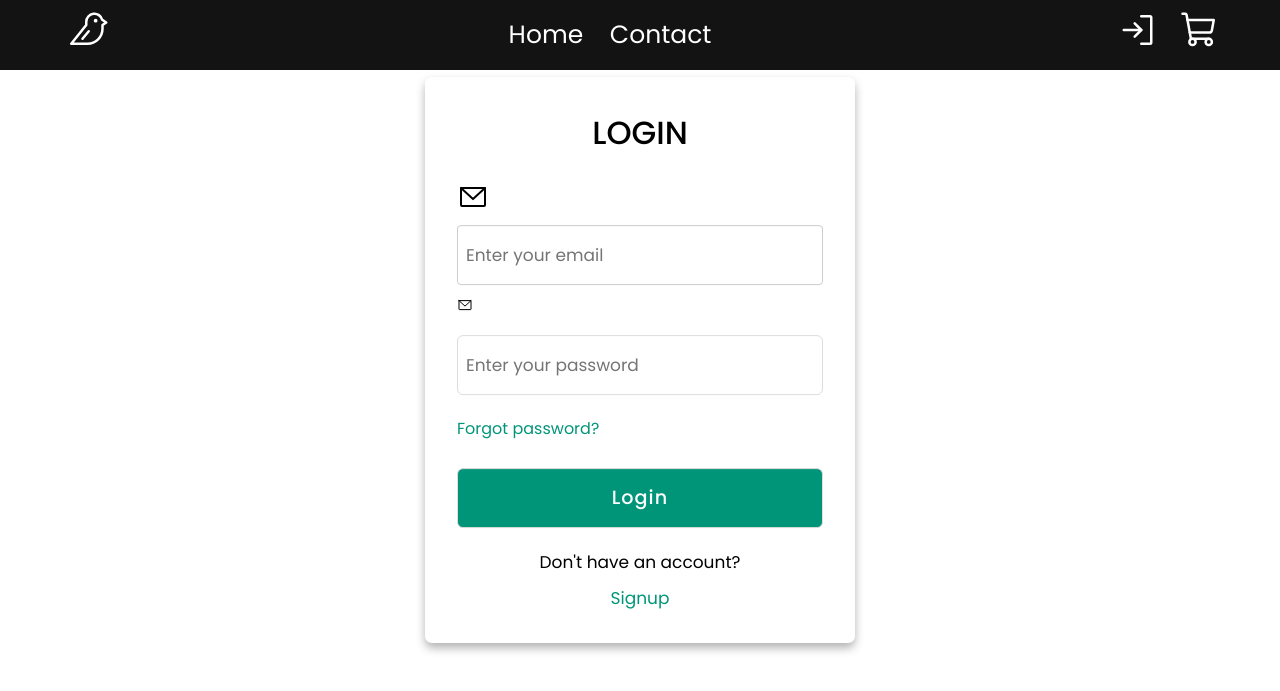
Repository: hoangdanh2/swp301
Page: /register
An editor plug-in stored every save of this project. The page is shown before and after a run of saves, followed by the edit.
The browser window is 1280 px wide. The pictures show the whole page.
The project was rebuilt for these pictures with package versions that can differ from the ones it lists, and the page was loaded fresh each time. Also part of the build but not shown: src/pages/shop/product.jsx, src/pages/shop/shop.css, src/pages/shop/shop.jsx, src/pages/contact/contact.jsx, src/pages/cart/cart-item.jsx, src/pages/cart/cart.css, src/pages/cart/cart.jsx.

Above is the page before, as saved 2023-05-29 11:06:22.

After the next 2 saves:
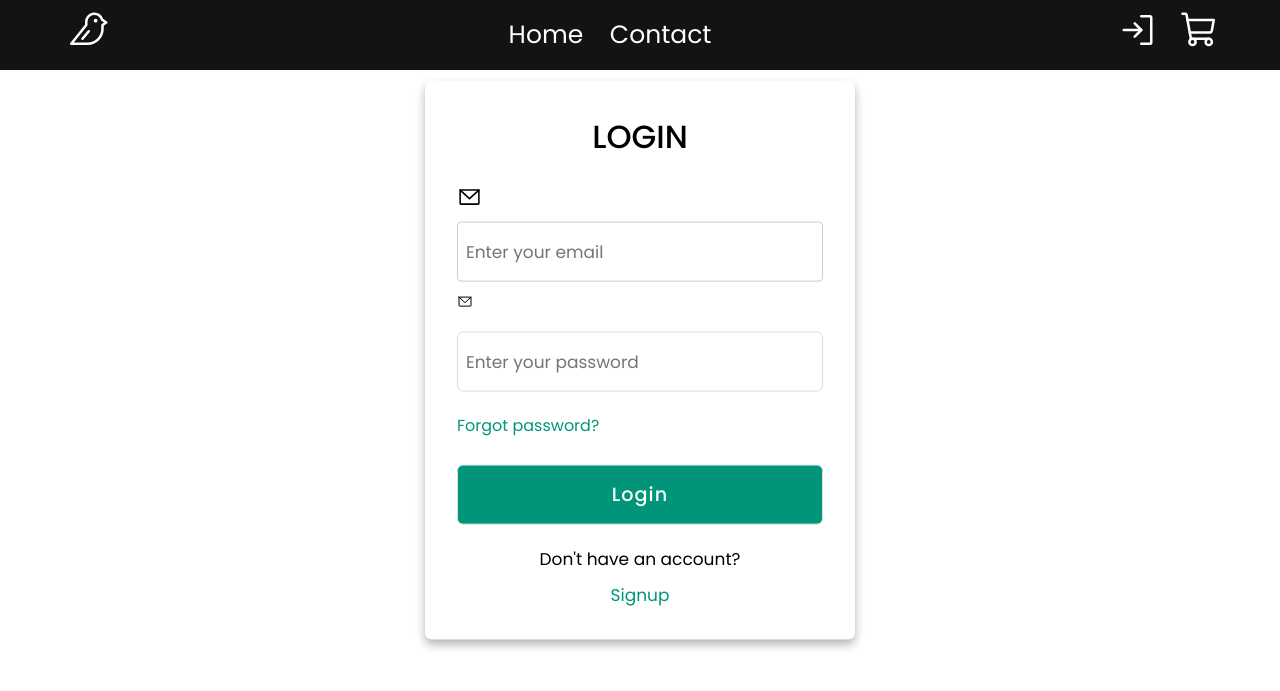
The 2 saves are shown as one change because they came seconds apart.
The last was saved 19 s later.
--- a/src/pages/register/register.jsx
+++ b/src/pages/register/register.jsx
@@ -10,7 +10,7 @@ export const Register = () => {
       <header>LOGIN</header>
       <form action="#">
         <div className="login-form">
-        <span className="icon-login"><EnvelopeSimple size={32}></EnvelopeSimple></span>
+        <span className="icon-login"><EnvelopeSimple size={25}></EnvelopeSimple></span>
         <input type="text" placeholder="Enter your email" required></input>
         <span className="icon-login"><EnvelopeSimple></EnvelopeSimple></span>
         <input type="password" placeholder="Enter your password" required></input>
